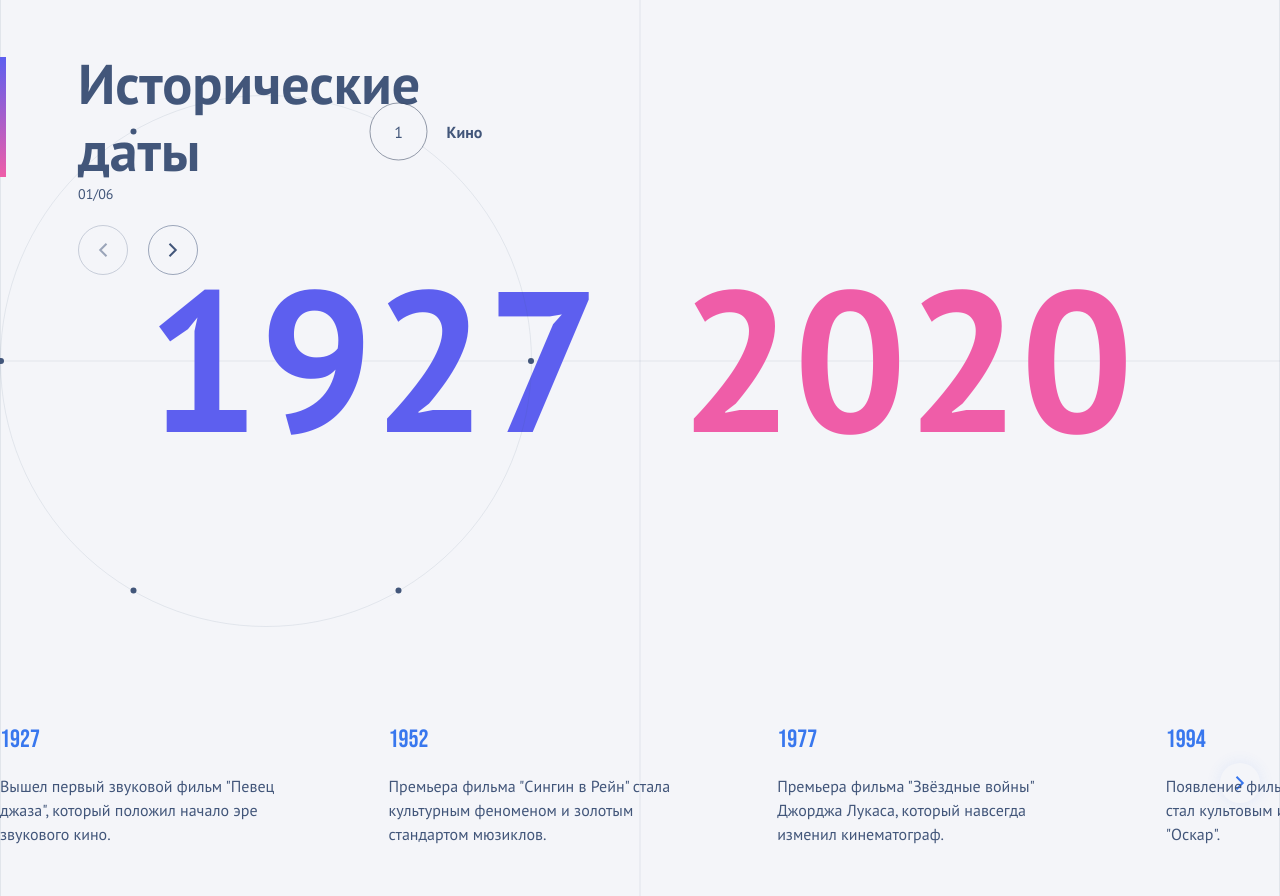
Repository: LenarTulupov/only
Page: /
The author's editor kept a copy of each file at every save. The page is drawn from the files as they stood at one save, then again after a run of saves.
The browser window is 1280 px wide. The pictures show the whole page.
The project was rebuilt for these pictures with package versions that can differ from the ones it lists, and the page was loaded fresh each time.

Above is the page before, as saved 2024-12-18 13:29:53.

### public/index.html
<!DOCTYPE html>
<html lang="en">
  <head>
    <meta charset="utf-8" />
    <link rel="icon" href="%PUBLIC_URL%/favicon.ico" />
    <meta name="viewport" content="width=device-width, initial-scale=1" />
    <meta name="theme-color" content="#000000" />
    <meta
      name="description"
      content="Web site created using create-react-app"
    />
    <link rel="apple-touch-icon" href="%PUBLIC_URL%/logo192.png" />
    <link rel="manifest" href="%PUBLIC_URL%/manifest.json" />
    <title>Only Test</title>
  </head>
  <body>
    <noscript>You need to enable JavaScript to run this app.</noscript>
    <div id="root"></div>
  </body>
</html>

### src/index.tsx
import React from 'react';
import ReactDOM from 'react-dom/client';
import Router from './router/router';
import './globals.scss'

const root = ReactDOM.createRoot(
  document.getElementById('root') as HTMLElement
);
root.render(
  <React.StrictMode>
    <Router />
  </React.StrictMode>
);

### src/router/router.tsx
import { BrowserRouter, Route, Routes } from "react-router-dom";
import HomePage from "../pages/home/page";
import PagesLayout from "../layouts/pages-layout";

export default function Router() {
  return (
    <BrowserRouter>
      <Routes>
        <Route element={<PagesLayout />}>
          <Route path="/" element={<HomePage />} />
        </Route>
      </Routes>
    </BrowserRouter>
  )
};

### src/globals.scss
@import url('https://fonts.googleapis.com/css2?family=Bebas+Neue&family=PT+Sans:wght@400;700&display=swap');

:root {
  --background-color: #F4F5F9;
  --main-color: #42567a;
  --main-color-rgba: rgba(66, 86, 122, 0.5);
  --accent-color: #5D5FEF;
  --light-accent-color: #3877EE;
  --accent-second: #EF5DA8;
  --font-main: "PT Sans", serif;
  --font-second: "Bebas Neue", serif;
  --line-height: 150%;
  --font-size-main: 56px;
  --font-size-small: 14px;
  --font-size-big: 200px;
}
body {
  margin: 0;
  padding: 0;
  background-color: var(--background-color);
  color: var(--black-color);
  font-family: var(--font-main);
  line-height: var(--line-height);
}
ul {
  padding: 0;
  margin: 0;
}

li {
  list-style-type: none;
}

a {
  color: var(--black-color);
  text-decoration: none;
}

h1 {
  margin: 0;
}

### src/pages/home/page.tsx
import Container from "../../components/ui/container/container";
import Divider from "../../components/ui/divider/divider";
import HistorySection from "./history/history";
import styles from './page.module.scss';

export default function HomePage() {
  return (
    <div className={styles['home-page']}>
      <Container>
        <div className={styles['home-page__wrapper']}>
          <Divider
            position="vertical"
            className={styles.divider_vertical}
          />
          <HistorySection />
        </div>
      </Container>
    </div>
  )
};

### src/layouts/pages-layout.tsx
import { Outlet } from 'react-router-dom';
import styles from './pages-layout.module.scss';

export default function PagesLayout() {
  return (
    <div className={styles['pages-layout']}>
      <Outlet />
    </div>
  )
};

### src/components/ui/container/container.tsx
import { ReactNode } from "react"
import styles from './container.module.scss';

interface IContainer {
  children: ReactNode;
}

export default function Container({ children }: IContainer) {
  return (
    <div className={styles.container}>
      {children}
    </div>
  )
};

### src/components/ui/divider/divider.tsx
import styles from './divider.module.scss';

interface IDivider {
  position?: 'horizontal' | 'vertical';
  className?: string;
}

export default function Divider({
  position = 'horizontal', className }: IDivider) {
  return <div className={`
    ${styles.divider}
    ${styles[`divider_${position}`]}
    ${className || ''}
  `}/>
};

### src/pages/home/history/history.tsx
import { useState } from 'react';
import Divider from '../../../components/ui/divider/divider';
import Title from '../../../components/ui/title/title';
import Circle from './circle/circle';
import Dates from './dates/dates';
import HistorySlider from './history-slider/history-slider';
import styles from './history.module.scss';
import StepNavigation from './step-navigation/step-navigation';
import { circleItems } from '../../../constants/circle-items';

export default function HistorySection() {
  const [activeButton, setActiveButton] = useState<number>(1);
  const activeCategory = circleItems.find((item) => item.id === activeButton);
  const firstDate = activeCategory?.events[0]?.year;
  const lastDate = activeCategory?.events.at(-1)?.year;

  return (
    <section className={styles.history}>
      <div className={styles.history__content}>
        <div className={styles['history__content-col-1']}>
          <Title className={styles.history__title} showBefore>
            Исторические даты
          </Title>
          <Circle
            className={styles.circle}
            activeButton={activeButton}
            setActiveButton={setActiveButton}
          />
        </div>
        <StepNavigation
          className={styles['step-navigation']}
          activeButton={activeButton}
          setActiveButton={setActiveButton}
        />
        <Divider
          position="horizontal"
          className={styles.divider_horizontal}
        />
        <Dates
          className={styles.dates}
          firstDate={firstDate}
          lastDate={lastDate}
        />
      </div>
      <HistorySlider
        activeCategory={activeCategory}
        className={styles['history-slider']}
      />
    </section>
  )
};

### src/pages/home/page.module.scss
.home-page {
  &__wrapper {
    position: relative;
    min-height: 100vh;
    .divider_vertical {
      position: absolute;
      top: 0;
      left: 50%;
      transform: translateX(-50%);
      z-index: -10;
    }
  }

  /* Линия слева */
  &__wrapper::before {
    content: "";
    position: absolute;
    top: 0;
    bottom: 0;
    left: 0;
    width: 1px;
    background-color: var(--main-color);
    opacity: 0.1;
  }

  /* Линия справа */
  &__wrapper::after {
    content: "";
    position: absolute;
    top: 0;
    bottom: 0;
    right: 0;
    width: 1px;
    background-color: var(--main-color);
    opacity: 0.1;
  }
  /* Линий по центру горизонтальная */

  /* Линий по центру вертикальная */
}

### src/components/ui/container/container.module.scss
.container {
  max-width: 1440px;
  margin: 0 auto;
}

### src/components/ui/divider/divider.module.scss
.divider {
  background-color: var(--main-color);
  opacity: 0.1;
  &_horizontal {
    width: 100%;
    height: 1px;
  }
  &_vertical {
    width: 1px;
    height: 100%;
  }
}

### src/components/ui/title/title.tsx
import { ReactNode } from 'react';
import styles from './title.module.scss';

interface ITitle {
  children: ReactNode;
  className?: string;
  color?: 'main' | 'blue' | 'light-blue' | 'pink';
  size?: 'main' | 'small'| 'big';
  showBefore?: boolean;
}

export default function Title({
  children,
  className,
  color = 'main',
  size = 'main',
  showBefore = false }: ITitle) {
  return (
    <h1
      className={`
        ${styles.title}
        ${className || ''}
        ${styles[`title__color-${color}`]}
        ${styles[`title__size-${size}`]}
        ${showBefore ? styles['title_before'] : ''}
      `}>
      {children}
    </h1>
  )
};

### src/pages/home/history/circle/circle.tsx
import { useEffect, useRef, Dispatch, SetStateAction } from 'react';
import { gsap } from 'gsap';
import { circleItems } from '../../../../constants/circle-items';
import styles from './circle.module.scss';
import Dates from '../dates/dates';

interface ICircle {
  className?: string;
  activeButton: number;
  setActiveButton: Dispatch<SetStateAction<number>>;
}

export default function Circle({
  className,
  activeButton,
  setActiveButton }: ICircle) {
  const circleRef = useRef<HTMLDivElement>(null);
  const buttonsRef = useRef<HTMLDivElement[]>([]);

  const handleActiveButton = (btnId: number) => {
    setActiveButton(btnId);
  };

  useEffect(() => {
    const rotationAngle = (1 - activeButton) * 60;
    gsap.to(circleRef.current, {
      rotate: rotationAngle,
      duration: 0.5,
      ease: 'power2.out',
    });

    buttonsRef.current.forEach((btn) => {
      let buttonRotation = 0;

      switch (activeButton) {
        case 2:
          buttonRotation = 60;
          break;
        case 3:
          buttonRotation = 120;
          break;
        case 4:
          buttonRotation = 180;
          break;
        case 5:
          buttonRotation = 240;
          break;
        case 6:
          buttonRotation = 300;
          break;
        default:
          buttonRotation = 0;
          break;
      }

      gsap.to(btn, {
        rotate: buttonRotation,
        duration: 0.5,
        ease: 'power2.out',
      });
    });
  }, [activeButton]);

  return (
    <div ref={circleRef} className={`${styles.circle} ${className || ''}`}>
      {circleItems.map((item, index) => {
        const btnId = index + 1;
        return (
          <div
            key={btnId}
            ref={(el) => (buttonsRef.current[index] = el!)}
            className={`
                ${styles[`circle__btn-${btnId}`]}
                ${styles.circle__btn}
                ${activeButton === btnId ? styles.active : ''}
              `}
            onClick={() => handleActiveButton(btnId)}
          >
            {btnId}
            <span
              className={`
                  ${styles['sub-title']}
                  ${activeButton === btnId ? styles.active : ''}
                `}
            >
              {item.category}
            </span>
          </div>
        );
      })}
    </div>
  );
}

### src/pages/home/history/dates/dates.tsx
import { useEffect, useState } from 'react';
import Title from '../../../../components/ui/title/title';
import styles from './dates.module.scss';

interface IDates {
  className?: string;
  firstDate: string;
  lastDate: string;
}

export default function Dates({ className, firstDate, lastDate }: IDates) {
  const [currentFirstDate, setCurrentFirstDate] = useState(Number(firstDate));
  const [currentLastDate, setCurrentLastDate] = useState(Number(lastDate));

  useEffect(() => {
    const animateNumber = (
      from: number,
      to: number,
      setNumber: React.Dispatch<React.SetStateAction<number>>
    ) => {
      const stepTime = 20;
      const steps = 50;
      const delta = (to - from) / steps;

      let currentStep = 0;
      const interval = setInterval(() => {
        currentStep += 1;
        const nextValue = from + delta * currentStep;
        setNumber(Math.round(nextValue));

        if (currentStep >= steps) {
          clearInterval(interval);
          setNumber(to);
        }
      }, stepTime);
    };

    animateNumber(Number(currentFirstDate), Number(firstDate), setCurrentFirstDate);
    animateNumber(Number(currentLastDate), Number(lastDate), setCurrentLastDate);
  }, [firstDate, lastDate]);
  return (
    <div className={`${styles.dates} ${className || ''}`}>
      <Title color='blue' size='big'>{currentFirstDate}</Title>
      <Title color='pink' size='big'>{currentLastDate}</Title>
    </div>
  )
};

### src/pages/home/history/history.module.scss
.history {
  padding: 50px 0;
  &__title {
    line-height: 1.2;
    width: 353px;
    padding-left: 78px;
    height: fit-content;

  }
  &__content {
    position: relative;
    // display: grid;
    // grid-template-columns: repeat(3, 1fr);

    display: flex;
    flex-direction: column;
    height: 615px;
    &-col-1 {
      // display: flex;

      display: grid;
      grid-template-columns: auto 1fr auto;
      // flex-direction: column;
      // justify-content: space-between;
    }
  }
}
.circle {
  position: absolute;
  margin-top: 45px;
}
.divider_horizontal {
  position: absolute;
  top: calc(50% + 3px);
  left: 0;
  transform: translateY(-50%);
  z-index: -10;
}
.step-navigation {
  padding-left: 78px;
}

### src/pages/home/history/step-navigation/step-navigation.tsx
import { Dispatch, SetStateAction } from "react";
import NavigationButtons from "./navigation-buttons/navigation-buttons";
import SliderStep from "./slider-step/slider-step";
import styles from './step-navigation.module.scss';

interface IStepNavigation {
  className?: string;
  activeButton: number;
  setActiveButton: Dispatch<SetStateAction<number>>;
}

export default function StepNavigation({
  className,
  activeButton,
  setActiveButton }: IStepNavigation) {

    const handleNext = () => {
      setActiveButton((p) => (p < 6 ? p + 1 : 1));
    };

    const handlePrev = () => {
      setActiveButton((p) => (p > 1 ? p - 1 : 6));
    };

    return (
      <div className={`${styles['step-navigation']} ${className || ''}`}>
        <SliderStep activeButton={activeButton} />
        <NavigationButtons
          handleNext={handleNext}
          handlePrev={handlePrev}
          isBeginning={activeButton === 1}
          isEnd={activeButton === 6}
        />
      </div>
    );
};

### src/components/ui/title/title.module.scss
.title {
  line-height: 150%;
  position: relative;
  &::before {
    content: "";
    position: absolute;
    top: 50%;
    transform: translateY(-50%);
    left: 0;
    height: 120px;
    width: 6px;
    background: linear-gradient(to bottom, var(--accent-color) 0%, var(--accent-second) 100%);
    visibility: hidden;
  }
  &.title_before::before {
    visibility: visible; // Показываем псевдоэлемент
  }
  &__color-main {
    color: var(--main-color);
  }

  &__color-blue {
    color: var(--accent-color);
  }
  &__color-light-blue {
    color: var(--light-accent-color);
  }

  &__color-pink {
    color: var(--accent-second);
  }

  &__size-main {
    font-size: var(--font-size-main);
  }
  &__size-small {
    font-size: var(--font-size-small);
  }

  &__size-big {
    font-size: var(--font-size-big);
  }
}

### src/pages/home/history/circle/circle.module.scss
.circle {
  position: relative;
  width: 530px;
  height: 530px;
  border: 1px solid rgba(66, 86, 122, 0.1);
  border-radius: 100%;
  display: flex;
  justify-content: center;
  align-items: center;
  transform-origin: center;
}

.circle__btn {
  position: absolute;
  display: flex;
  align-items: center;
  justify-content: center;
  width: 6px;
  height: 6px;
  border: none;
  background-color: var(--main-color);
  border-radius: 100%;
  color: var(--main-color);
  line-height: 30px;
  font-size: 0;
  cursor: pointer;
  transition: width .3s ease-in-out, height .3s ease-in-out, font-size .3s ease-in-out;

  &::before {
    content: "";
    position: absolute;
    top: 50%;
    left: 50%;
    transform: translate(-50%, -50%);
    width: 25px;
    height: 25px;
    border-radius: 100%;
    background: transparent;
  }

  .sub-title {
    position: absolute;
    top: 50%;
    left: 0;
    transform: translateY(-50%);
    margin-left: 76px;
    font-weight: bold;
    opacity: 0;
    transition: opacity 0.3s ease-in-out;
  }

  .sub-title.active {
    opacity: 1;
  }

  &:hover,
  &.active {
    width: 56px;
    height: 56px;
    font-size: 16px;
    background-color: #F4F5F9;
    outline: 1px solid rgba(48, 62, 88, 0.5);
  }

  &-1 {
    transform: rotate(300deg) translateX(265px) rotate(60deg);
  }

  &-2 {
    transform: rotate(0deg) translateX(265px) rotate(0deg);
  }

  &-3 {
    transform: rotate(60deg) translateX(265px) rotate(-60deg);
  }

  &-4 {
    transform: rotate(120deg) translateX(265px) rotate(-120deg);
  }

  &-5 {
    transform: rotate(180deg) translateX(265px) rotate(-180deg);
  }

  &-6 {
    transform: rotate(240deg) translateX(265px) rotate(-240deg);
  }
}

### src/pages/home/history/dates/dates.module.scss
.dates {
  position: absolute;
  top: 50%;
  left: 50%;
  transform: translate(-50%, -50%);
  display: flex;
  gap: 80px;
  z-index: -1;
}

### src/pages/home/history/history-slider/slider-content/slider-content.tsx
import Text from "../../../../../components/ui/text/text";
import Title from "../../../../../components/ui/title/title";
import styles from './slider-content.module.scss';

interface ISliderContent {
  year: string;
  text: string;
}

export default function SliderContent({ year, text }: ISliderContent) {
  return (
    <div className={styles['slider-content']}>
      <Title
        size="small"
        color="light-blue"
        className={styles['slider-content__title']}
      >
        {year}
      </Title>
      <Text text={text} />
    </div>
  )
};

### src/components/ui/content-container/content-container.tsx
import { ReactNode } from 'react';
import styles from './content-container.module.scss';

interface IContentContainer {
  children: ReactNode;
}

export default function ContentContainer({ children }: IContentContainer) {
  return (
    <div className={styles['content-container']}>
      {children}
    </div>
  )
};

### src/components/ui/arrow-button/arrow-button.tsx
import styles from './arrow-button.module.scss';

interface IArrowButton {
  rotation?: 'left' | 'right'
  onClick?: () => void;
  slider?: boolean;
  disabled?: boolean;
  className?: string;
}

export default function ArrowButton({
  rotation,
  onClick,
  slider = false,
  disabled = false,
  className}: IArrowButton) {
  return (
    <button
      className={`
        ${styles['arrow-button']}
        ${styles[rotation]}
        ${slider ? styles['arrow-button_slider'] : ''}
        ${className || ''}
        ${disabled ? styles.disabled : ''}
      `}
      onClick={onClick}
      disabled={disabled}
    >
      <svg width="10" height="14" viewBox="0 0 10 14" fill="none" xmlns="http://www.w3.org/2000/svg">
        <path d="M8.49988 0.750001L2.24988 7L8.49988 13.25" stroke="#42567A" stroke-width="2" />
      </svg>
    </button>
  )
};

### src/pages/home/history/history-slider/history-slider.module.scss
.history-slider {
  position: relative;
  margin-top: 56px;
}
.next {
  position: absolute;
  top: 50%;
  transform: translateY(-50%);
  right: 20px;
}
.prev {
  position: absolute;
  top: 50%;
  transform: translateY(-50%);
  left: 20px;
}

.fade-out {
  opacity: 0;
  transition: opacity 0.5s ease;
}
.fade-in {
  opacity: 1;
  transition: opacity 0.5s ease;
}

### src/pages/home/history/step-navigation/navigation-buttons/navigation-buttons.tsx
import ArrowButton from '../../../../../components/ui/arrow-button/arrow-button';
import styles from './navigation-buttons.module.scss';

interface INavigationButtons {
  handleNext: () => void;
  handlePrev: () => void;
  isBeginning: boolean;
  isEnd: boolean;
}

export default function NavigationButtons({
  handleNext,
  handlePrev,
  isBeginning,
  isEnd }: INavigationButtons) {
  return (
    <div className={styles['navigation-buttons']}>
      <ArrowButton
        onClick={handlePrev}
        disabled={isBeginning}
      />
      <ArrowButton
        rotation='right'
        onClick={handleNext}
        disabled={isEnd}
      />
    </div>
  );
};

### src/pages/home/history/step-navigation/slider-step/slider-step.tsx
import Title from "../../../../../components/ui/title/title";
import styles from './slider-step.module.scss';

interface ISliderStep {
  activeButton: number;
}

export default function SliderStep({ activeButton }: ISliderStep) {
  return <Title size="small" className={styles.font}>0{activeButton}/06</Title>
};

### src/pages/home/history/step-navigation/step-navigation.module.scss
.step-navigation {
  display: flex;
  flex-direction: column;
  row-gap: 20px;
}

### src/components/ui/text/text.tsx
import styles from './text.module.scss';

interface IText {
  text: string;
}

export default function Text({ text }: IText) {
  return (
    <div className={styles.text}>
        { text }
    </div>
  )
};

### src/pages/home/history/history-slider/slider-content/slider-content.module.scss
.slider-content {
  display: flex;
  flex-direction: column;
  row-gap: 15px;
  cursor: grabbing;
  &__title {
    font-family: var(--font-second);
    font-weight: 400;
    font-size: 25px;
  }
}

### src/components/ui/content-container/content-container.module.scss
.content-container {
  max-width: calc(1440px - 160px);
  margin: 0 auto;
}

### src/components/ui/arrow-button/arrow-button.module.scss
.arrow-button {
  width: 50px;
  height: 50px;
  display: flex;
  align-items: center;
  justify-content: center;
  border: 1px solid var(--main-color-rgba);
  background-color: transparent;
  border-radius: 100%;
  cursor: pointer;
}
.arrow-button_slider {
  width: 40px;
  height: 40px;
  border: none;
  box-shadow: 0 0 15px 0 rgba(56, 119, 238, 0.1);
  svg path {
    stroke: var(--light-accent-color);
  }
}
.left {
  transform: rotate(0deg);
}
.right {
  transform: rotate(180deg);
}
.disabled {
  opacity: .5;
  cursor: auto;
}

### src/pages/home/history/step-navigation/navigation-buttons/navigation-buttons.module.scss
.navigation-buttons {
  display: flex;
  column-gap: 20px;
}
.disabled {
  opacity: .5;
  cursor: auto;
}

### src/pages/home/history/step-navigation/slider-step/slider-step.module.scss
.font {
  font-weight: 400;
}

### src/components/ui/text/text.module.scss
.text {
  color: var(--main-color);
}

Loaded but not shown: src/constants/circle-items.ts (122 lines, source omitted); src/pages/home/history/history-slider/history-slider.tsx (119 lines, source omitted); src/layouts/pages-layout.module.scss (no stored copy; drawn as an empty file)

After the next 4 saves:
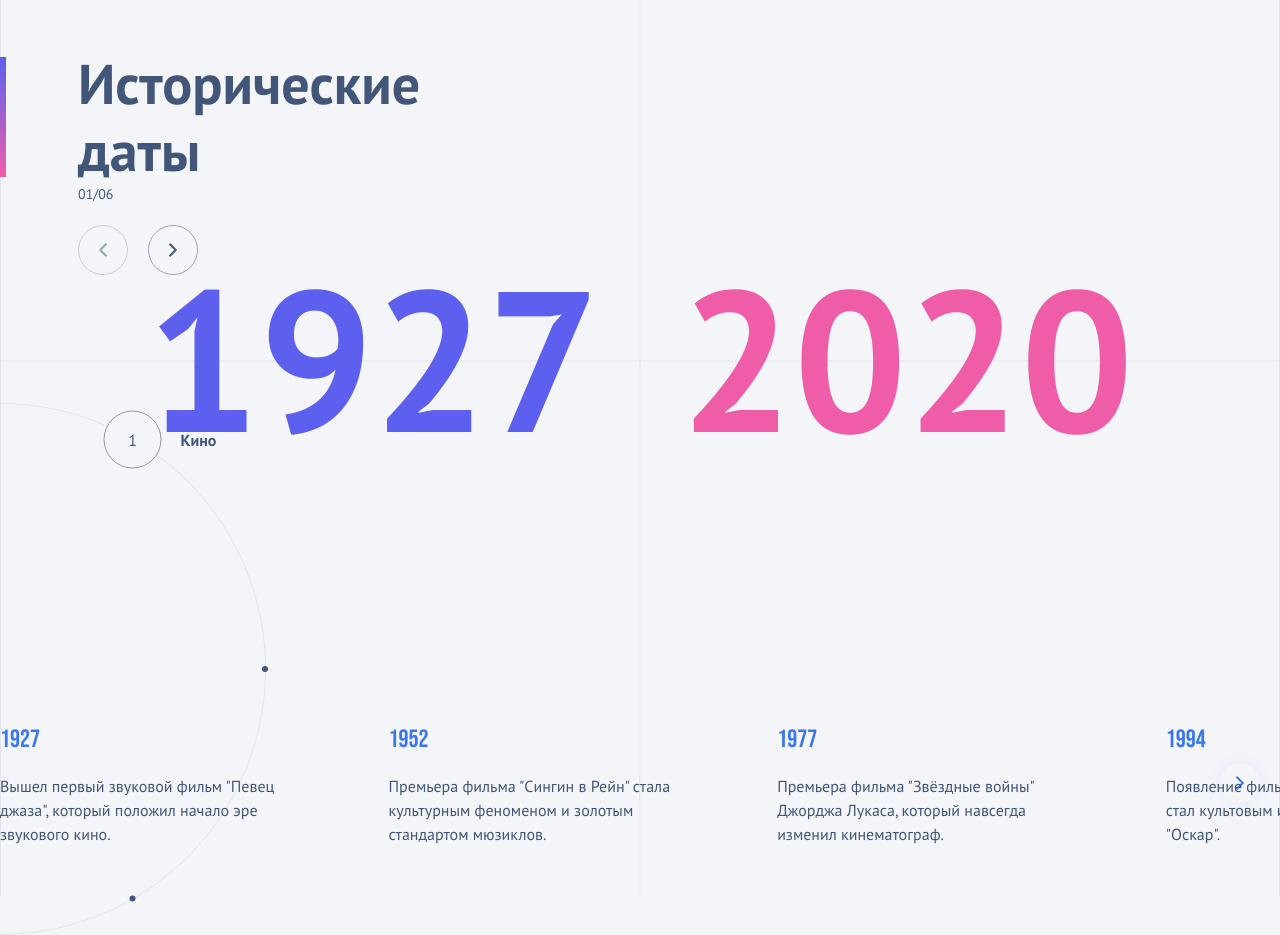
The 4 saves are shown as one change because they came seconds apart.
The last was saved 13 s later.
--- a/src/pages/home/history/history.module.scss
+++ b/src/pages/home/history/history.module.scss
@@ -27,6 +27,8 @@
 }
 .circle {
   position: absolute;
+  top: 50%;
+  transform: translateX(-50%);
   margin-top: 45px;
 }
 .divider_horizontal {
